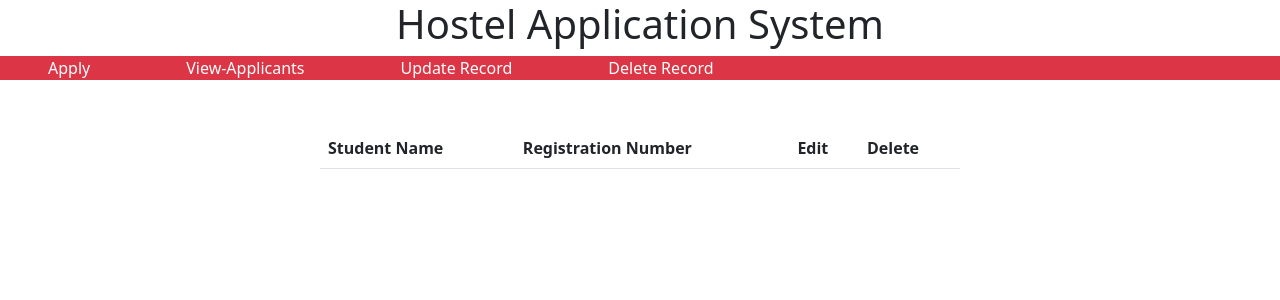
Repository: SaudCh/lab-final
Page: /viewApplicants
The author's editor kept a copy of each file at every save. The page is drawn from the files as they stood at one save, then again after the next save.
The browser window is 1280 px wide. The pictures show the whole page.
The page's requests for data from a server got no answer. The project was rebuilt for these pictures with package versions that can differ from the ones it lists, and the page was loaded fresh each time. No one was signed in, and anything a server would have sent is missing. Also part of the build but not shown: src/components/LiveSearch.jsx, src/components/data.js, src/components/AddApplicant.jsx, src/components/UpdateRecord.jsx, src/components/DeleteRecord.jsx.

Above is the page before, as saved 2022-01-01 14:40:23.

After the next save:
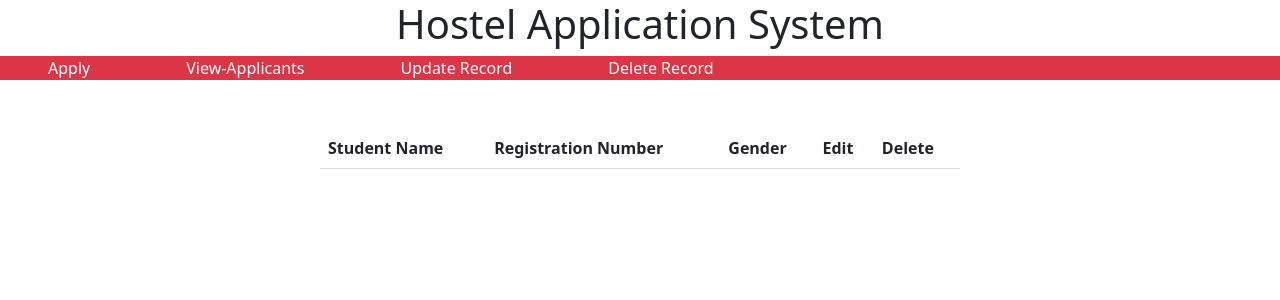
Saved 27 s later.
--- a/src/components/ViewApplicant.jsx
+++ b/src/components/ViewApplicant.jsx
@@ -40,6 +40,7 @@ const ViewApplicant = () => {
           <tr>
             <th scope="col">Student Name</th>
             <th scope="col">Registration Number</th>
+            <th scope="col">Gender</th>
             <th scope="col">Edit</th>
             <th scope="col">Delete</th>
           </tr>
